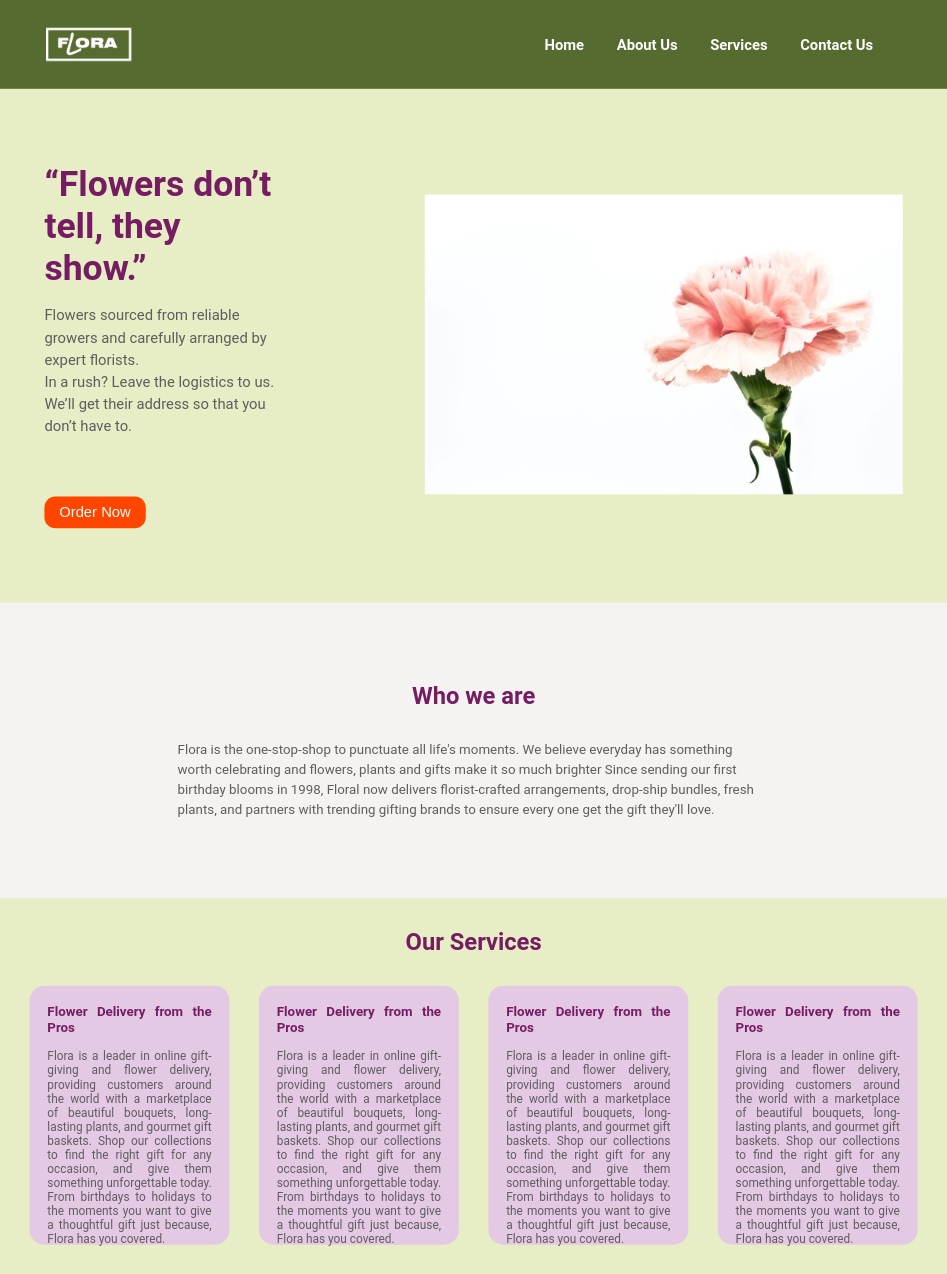
Repository: SaadYasin/test003-flex-box
Page: index.html
The author's editor kept a copy of each file at every save. The page is drawn from the files as they stood at one save, then again after the next save.
The browser window is 1280 px wide. The pictures show the whole page, at 74% of full size.

Above is the page before, as saved 2022-11-02 16:12:19.

After the next save:
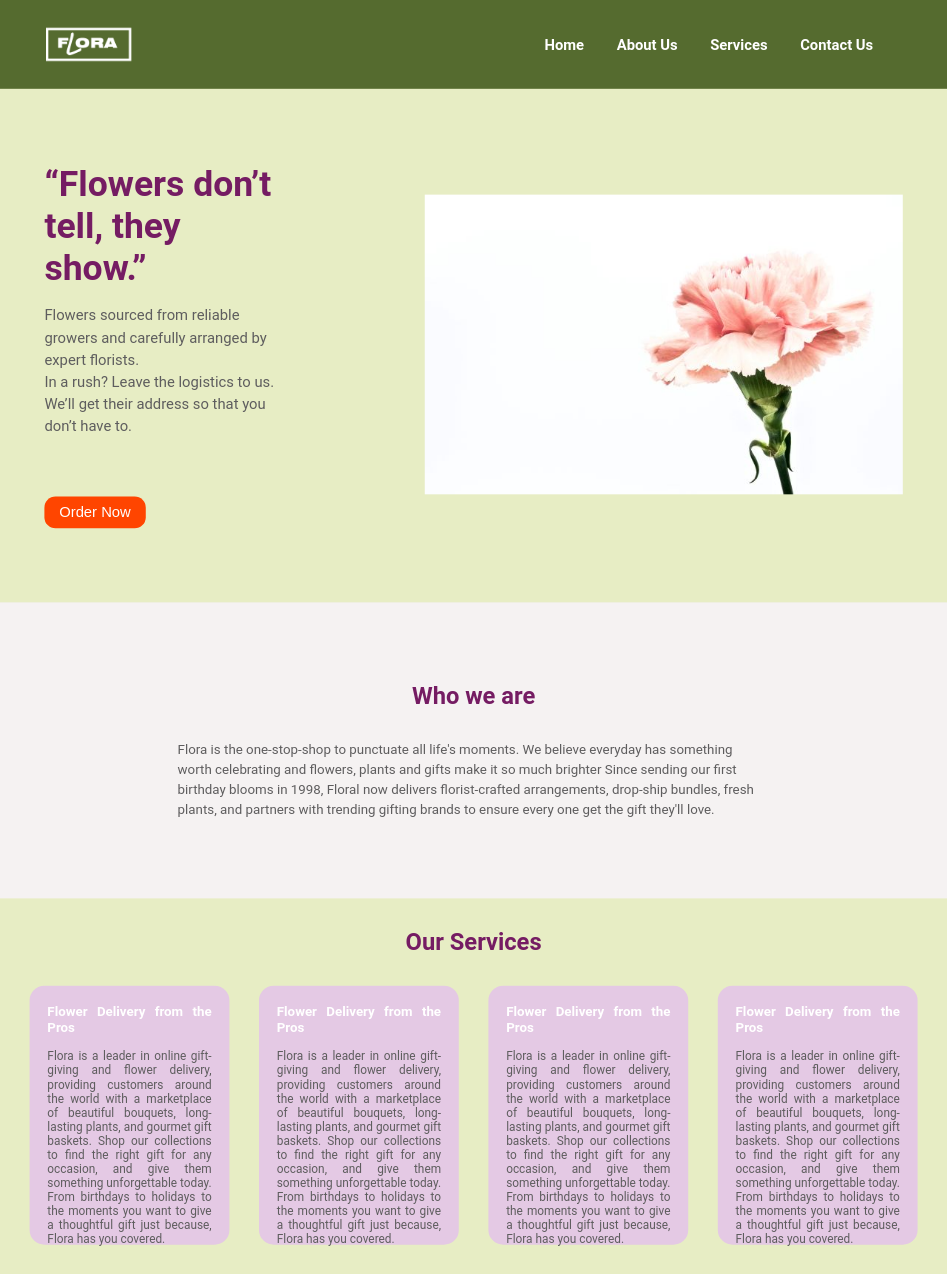
Saved 27 s later.
--- a/style.css
+++ b/style.css
@@ -141,7 +141,7 @@
 
   .card-title {
     font-size: 18px;
-    color: rgb(117, 28, 99);
+    color: rgb(255, 255, 255);
   }
 
   .card-text {
